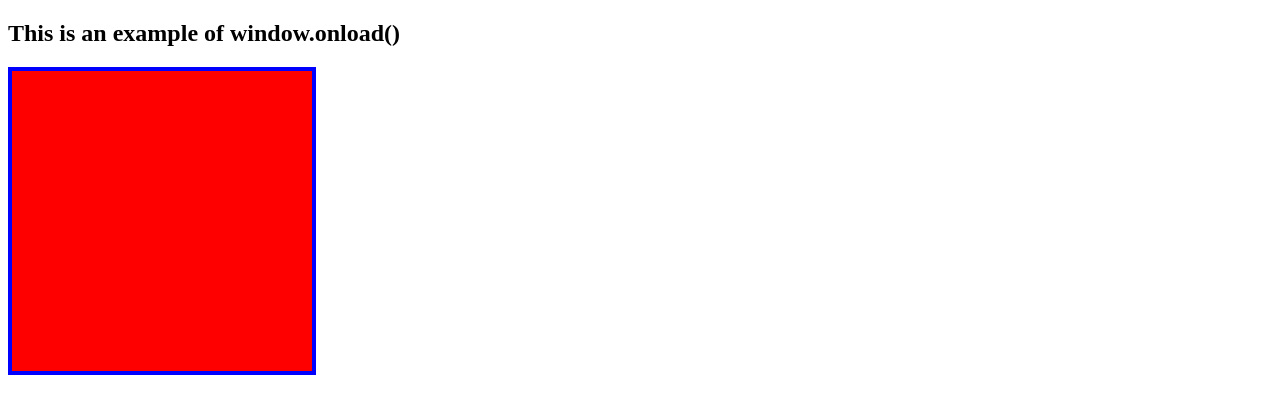
Repository: AwareSelf/JavaTrainingPublic
Page: 15Sep/webapp_1sepbatch/HtmlJSWeb/src/main/webapp/windowonload.html
These files come from the project's save history. The page is drawn as it stood at one moment and after the next save; the edit follows.
The browser window is 1280 px wide. The pictures show the whole page.

Above is the page before, as saved 2022-09-13 11:41:08.

After the next save:
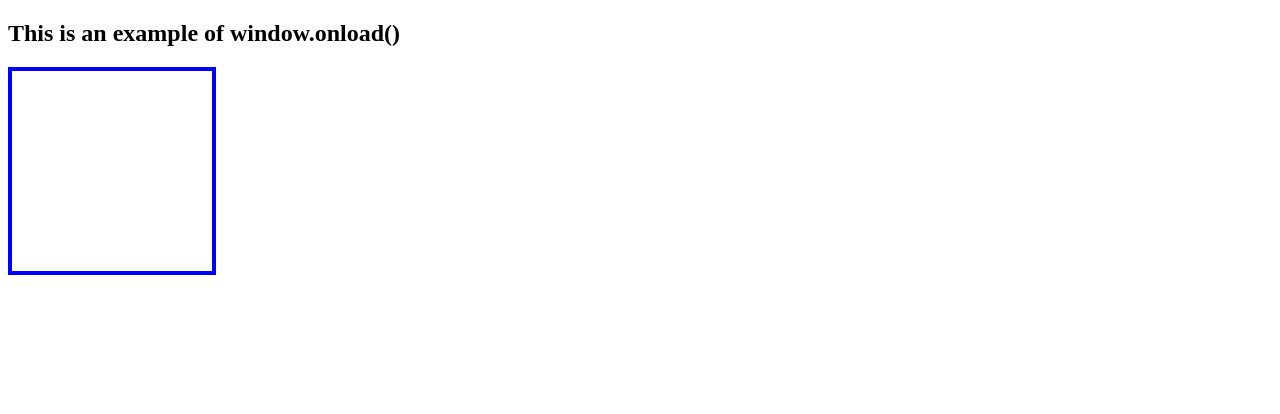
Saved 107 s later.
--- a/15Sep/webapp_1sepbatch/HtmlJSWeb/src/main/webapp/windowonload.html
+++ b/15Sep/webapp_1sepbatch/HtmlJSWeb/src/main/webapp/windowonload.html
@@ -11,11 +11,13 @@ border: 4px solid blue;
 }
 </style>
 <script type = "text/javascript">
+/*
 window.onload = function(){
 document.getElementById("bg").style.backgroundColor = "red";
 document.getElementById("bg").style.width = "300px";
 document.getElementById("bg").style.height = "300px";
 }
+*/
 </script>
 </head>
 <body>
